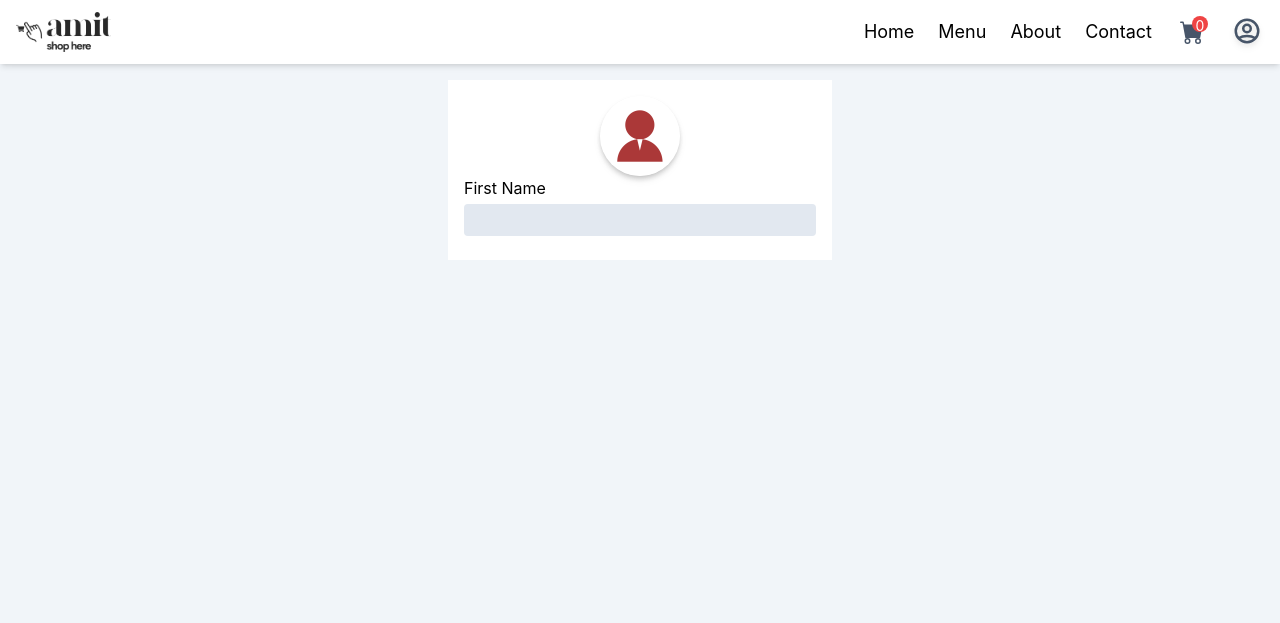
Repository: Lehuyhuynh/Web_ban_hoa_qua
Page: /signup (app in frontend/)
The author's editor kept a copy of each file at every save. The page is drawn from the files as they stood at one save, then again after the next save.
The browser window is 1280 px wide. The pictures show the whole page.
The project was rebuilt for these pictures with package versions that can differ from the ones it lists, and the page was loaded fresh each time. Also part of the build but not shown: frontend/src/page/Home.js, frontend/src/page/Menu.js, frontend/src/page/About.js, frontend/src/page/Contact.js, frontend/src/page/login.js, frontend/src/page/Newproduct.js.

Above is the page before, as saved 2024-01-02 15:39:20.

After the next save:
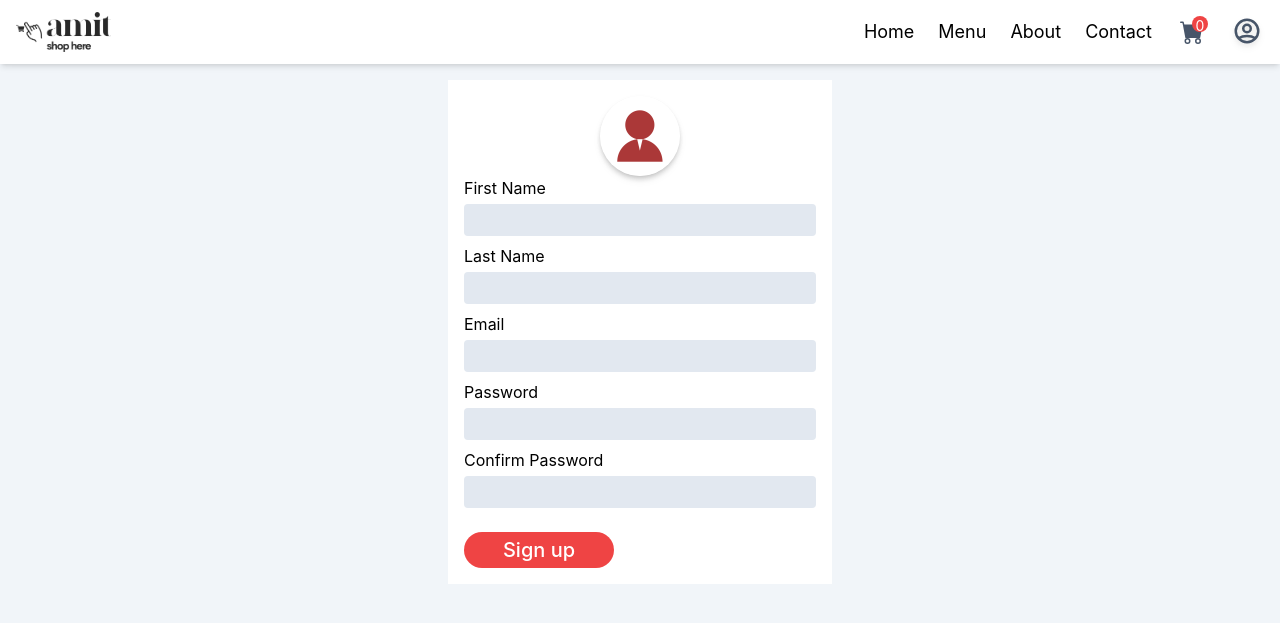
Saved 3 min 17 s later.
--- a/frontend/src/page/Signup.js
+++ b/frontend/src/page/Signup.js
@@ -19,6 +19,46 @@
             name="firstName"
             className="mt-1 mb-2 w-full bg-slate-200 px-2 py-1 rounded focus-within:outline-blue-300"
           />
+
+          <label htmlFor="lastName">Last Name</label>
+          <input
+            type={"text"}
+            id="lastName"
+            name="lastName"
+            className="mt-1 mb-2 w-full bg-slate-200 px-2 py-1 rounded focus-within:outline-blue-300"
+          />
+
+          <label htmlFor="email">Email</label>
+          <input
+            type={"email"}
+            id="email"
+            name="email"
+            className="mt-1 mb-2 w-full bg-slate-200 px-2 py-1 rounded focus-within:outline-blue-300"
+          />
+
+          <label htmlFor="password">Password</label>
+          <div className="flex px-2 py-1 bg-slate-200 rounded mt-1 mb-2 focus-within:outline focus-within:outline-blue-300">
+            <input
+              id="password"
+              name="password"
+              className=" w-full bg-slate-200 border-none outline-none "
+            />
+            <span className="flex text-xl cursor-pointer"></span>
+          </div>
+
+          <label htmlFor="confirmpassword">Confirm Password</label>
+          <div className="flex px-2 py-1 bg-slate-200 rounded mt-1 mb-2  focus-within:outline focus-within:outline-blue-300">
+            <input
+              id="confirmpassword"
+              name="confirmPassword"
+              className=" w-full bg-slate-200 border-none outline-none "
+            />
+            <span className="flex text-xl cursor-pointer"></span>
+          </div>
+
+          <button className="w-full max-w-[150px] m-auto  bg-red-500 hover:bg-red-600 cursor-pointer  text-white text-xl font-medium text-center py-1 rounded-full mt-4">
+            Sign up
+          </button>
         </form>
       </div>
     </div>
